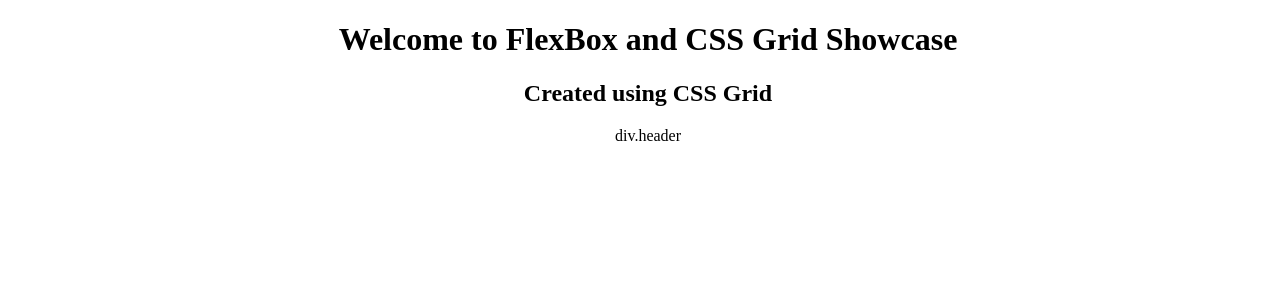
Repository: Awhit-commits/CSS_GRID_AND_FLEXBOX_LESSON
Page: index.html
An editor plug-in stored every save of this project. The page is shown before and after a run of saves, followed by the edit.
The browser window is 1280 px wide. The page is 1288 px wide, so the pictures cover 1288 px, including what lies to the right of the window. The pictures show the whole page.

Above is the page before, as saved 2020-12-21 19:22:26.

### index.html
<!DOCTYPE html>
<html lang="en">

<head>
    <meta charset="UTF-8">
    <meta name="viewport" content="width=device-width, initial-scale=1.0">
    <title>Document</title>
    <link rel="stylesheet" href="style.css">
</head>

<body>
    <h1>Welcome to FlexBox and CSS Grid Showcase</h1>

    <!-- <div class="containerFlex">
        <h2>Created using FlexBox</h2>
        <div class="headerArea">
            <div class="header">
                <h3>header</h3>

            </div>
            <div class="nav">
                <h3>nav</h3>
            </div>
        </div>
        <div class="main">
            <div class="mainArea">
            <div class="section">
                <h3>section</h3>
            </div>
            <div class="article">
                <h3>article</h3>
            </div>
            </div>

            <div class="aside">
                <h3>aside</h3>
            </div>
        </div>
        <div class="footer">
            <h3>footer</h3>
        </div>
    </div> -->

    <div class = "containerGrid">
        <h2>Created using CSS Grid</h2>
        div.header
    </div>
    <script src="script.js"></script>
</body>

</html>

### style.css
body {
    width: 100%;
    text-align: center;
}
/* Using Flexbox */
/* .containerFlex {
    display: flex;
    flex-direction: column;


}

.main {

    display: flex;
    flex-direction: row;




}

.mainArea {
    display: flex;
    flex-direction: column;
    width: 100%;



}

.header {

    padding: 1% 0;
    margin-top: 10%;
    border: 1px solid red;

}

.nav {

    margin: 5% 0;
    padding: 1% 0;
    border: 1px solid blue;

}

.article {
    border: 1px purple solid;
    width: 100%;
    padding: 5% 0;
}

.aside {


    align-items: center;

    margin: 0 5%;
    padding: 10% 0;
    border: 1px orange solid;
    width: 100%;


}

.section {
    width: 100%;
    border: 1px yellow solid;
    margin-bottom: 10%;
    padding: 5% 0;
}

.footer {


    padding: 10% 0;
    margin: 5% 0;
    border: 1px green solid;

} */

/* Using CSS Grid */

### script.js
console.log(`Hello World`);

After the next 4 saves:
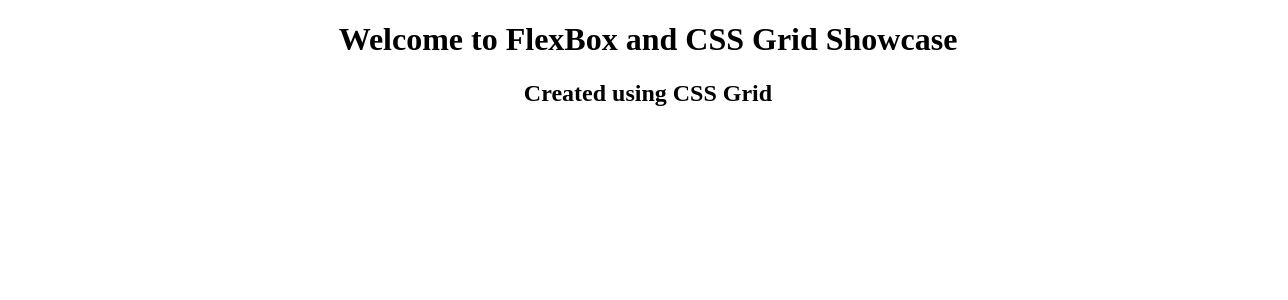
The 4 saves are shown as one change because they came seconds apart.
The last was saved 13 s later.
--- a/index.html
+++ b/index.html
@@ -43,7 +43,9 @@
 
     <div class = "containerGrid">
         <h2>Created using CSS Grid</h2>
-        div.header
+        <div class="header">
+            <h3></h3>
+        </div>
     </div>
     <script src="script.js"></script>
 </body>
